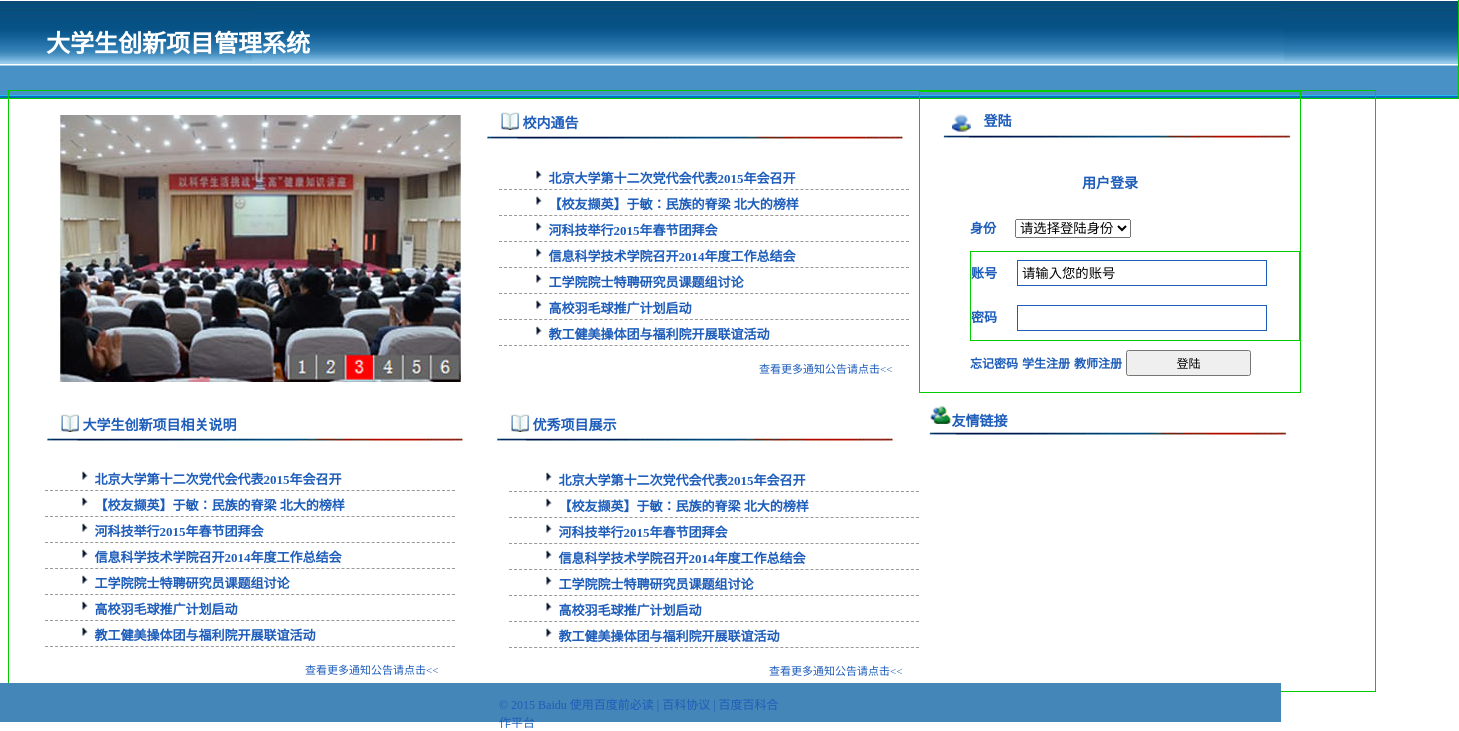
Repository: msmwlxy/ProjectManagement
Page: http://localhost/ProjectManagement/
The author's editor kept a copy of each file at every save. The page is drawn from the files as they stood at one save, then again after the next save.
The browser window is 1280 px wide. The page is 1459 px wide, then 1457 px, so the pictures cover 1459 px, including what lies to the right of the window. The pictures show the whole page.
The page is served by Tomcat 9. Nobody is signed in. The application's start-up code is not run. Other server files are loaded and not shown.

Above is the page before, as saved 2015-02-28 07:36:17.

### ProjectManagement/WebRoot/index.jsp
<%@ page language="java" import="java.util.*" pageEncoding="utf-8"%>
<%
	String path = request.getContextPath();
	String basePath = request.getScheme() + "://"
			+ request.getServerName() + ":" + request.getServerPort()
			+ path + "/";
%>

<!DOCTYPE HTML PUBLIC "-//W3C//DTD HTML 4.01 Transitional//EN">
<html>
<head>
<base href="<%=basePath%>">

<title>My JSP 'index.jsp' starting page</title>
<meta http-equiv="pragma" content="no-cache">
<meta http-equiv="cache-control" content="no-cache">
<meta http-equiv="expires" content="0">
<meta http-equiv="keywords" content="keyword1,keyword2,keyword3">
<meta http-equiv="description" content="This is my page">

<meta http-equiv="Content-Type" content="text/html; charset=utf-8" />
<!--
	<link rel="stylesheet" type="text/css" href="styles.css">
	-->
<link href="css/Home page11.css" type="text/css" rel="stylesheet" />
</head>

<body>
	<!-- This is my JSP page. <br>
    <a href="log_loginUI">登陆界面</a>
    <a href="log_signInUI?identity=5">学生注册界面</a>
     <a href="log_signInUI?identity=4">指导老师注册界面</a> -->


	<header>
	<div class="header">大学生创新项目管理系统</div>
	</header>
	<main>
	<div class="main" style="margin:0 auto;">
		<div class="left1">
			<img src="images/22.png" style="margin:24px 30px;">
		</div>
		<div class="middle1">
			<img src="images/shu.png">
			<div class="xiao">&nbsp;校内通告</div>
			<div class="xian">
				<img src="images/xian.png" width="420">
			</div>
			<div class="xuxian">
				<img src="images/sanjiao.png">&nbsp;&nbsp;<a href="#">北京大学第十二次党代会代表2015年会召开</a>
			</div>
			<div class="xuxian">
				<img src="images/sanjiao.png">&nbsp;&nbsp;<a href="#">【校友撷英】于敏：民族的脊梁&nbsp;北大的榜样</a>
			</div>
			<div class="xuxian">
				<img src="images/sanjiao.png">&nbsp;&nbsp;<a href="#">河科技举行2015年春节团拜会</a>
			</div>
			<div class="xuxian">
				<img src="images/sanjiao.png">&nbsp;&nbsp;<a href="#">信息科学技术学院召开2014年度工作总结会</a>
			</div>
			<div class="xuxian">
				<img src="images/sanjiao.png">&nbsp;&nbsp;<a href="#">工学院院士特聘研究员课题组讨论</a>
			</div>
			<div class="xuxian">
				<img src="images/sanjiao.png">&nbsp;&nbsp;<a href="#">高校羽毛球推广计划启动</a>
			</div>
			<div class="xuxian">
				<img src="images/sanjiao.png">&nbsp;&nbsp;<a href="#">教工健美操体团与福利院开展联谊活动</a>
			</div>
			<span class="pl_dianji"><a href="#" style="color:#1E5DBA;">查看更多通知公告请点击<<
			</a> </span>
		</div>
		<div class="right1">
			&nbsp;&nbsp;<img src="images/yi.png">
			<div class="ri1_deng">&nbsp;登陆</div>
			<div class="ri1_rr">
				<img src="images/xian.png" width="350">
				<p>用户登录</p>
			</div>
			<div class="ri1_sanjiao">
				<div class="ri1_login_text">
					<form method="post" action="log_login" onsubmit="check();">
						<div class="ri1_login_down">
							<font style="margin-left:30px;margin-right:15px;">身份</font> <select
								name="identity">
								<option value="0" selected="selected">请选择登陆身份</option>
								<option value="1">管理员</option>
								<option value="2">教务处审核人</option>
								<option value="3">院系审核人</option>
								<option value="4">指导老师</option>
								<option value="5">学生</option>
							</select>
							<div class="zhanghao">
								<font>账号</font><input name="accountNum" value="请输入您的账号"
									style="border:solid #1E5DBA 1px;" type="text" /><br> <font>密码</font><input
									name="password" style="border:solid #1E5DBA 1px;"
									type="password" />
							</div>
						</div>
						<div class="zhuce">
							<a href="">忘记密码</a> <a href="log_signInUI?identity=5">学生注册</a> <a
								href="log_signInUI?identity=4">教师注册</a> <input type="submit"
								style="width:125px;margin-left:0px;padding:2px;font-family:微软雅黑;font-size:12px"
								value="登陆" />
						</div>
					</form>
				</div>
			</div>
		</div>
		<div class="left2">
			<img src="images/shu.png">
			<div class="le2_da">&nbsp;大学生创新项目相关说明</div>
			<div class="xian">
				<img src="images/xian.png" width="420">
				<div id="le2_shuoming">
					<div class="xuxian">
						<img src="images/sanjiao.png">&nbsp;&nbsp;<a href="#">北京大学第十二次党代会代表2015年会召开</a>
					</div>
					<div class="xuxian">
						<img src="images/sanjiao.png">&nbsp;&nbsp;<a href="#">【校友撷英】于敏：民族的脊梁&nbsp;北大的榜样</a>
					</div>
					<div class="xuxian">
						<img src="images/sanjiao.png">&nbsp;&nbsp;<a href="#">河科技举行2015年春节团拜会</a>
					</div>
					<div class="xuxian">
						<img src="images/sanjiao.png">&nbsp;&nbsp;<a href="#">信息科学技术学院召开2014年度工作总结会</a>
					</div>
					<div class="xuxian">
						<img src="images/sanjiao.png">&nbsp;&nbsp;<a href="#">工学院院士特聘研究员课题组讨论</a>
					</div>
					<div class="xuxian">
						<img src="images/sanjiao.png">&nbsp;&nbsp;<a href="#">高校羽毛球推广计划启动</a>
					</div>
					<div class="xuxian">
						<img src="images/sanjiao.png">&nbsp;&nbsp;<a href="#">教工健美操体团与福利院开展联谊活动</a>
					</div>
					<span class="pl_dianji"><a href="#" style="color:#1E5DBA;">查看更多通知公告请点击<<
					</a> </span>
				</div>
			</div>
		</div>
		<div class="middle2">
			<img src="images/shu.png">
			<div class="you">&nbsp;优秀项目展示</div>
			<div class="xian">
				<img src="images/xian.png" width="400">
			</div>
			<div class="xuxian">
				<img src="images/sanjiao.png">&nbsp;&nbsp;<a href="#">北京大学第十二次党代会代表2015年会召开</a>
			</div>
			<div class="xuxian">
				<img src="images/sanjiao.png">&nbsp;&nbsp;<a href="#">【校友撷英】于敏：民族的脊梁&nbsp;北大的榜样</a>
			</div>
			<div class="xuxian">
				<img src="images/sanjiao.png">&nbsp;&nbsp;<a href="#">河科技举行2015年春节团拜会</a>
			</div>
			<div class="xuxian">
				<img src="images/sanjiao.png">&nbsp;&nbsp;<a href="#">信息科学技术学院召开2014年度工作总结会</a>
			</div>
			<div class="xuxian">
				<img src="images/sanjiao.png">&nbsp;&nbsp;<a href="#">工学院院士特聘研究员课题组讨论</a>
			</div>
			<div class="xuxian">
				<img src="images/sanjiao.png">&nbsp;&nbsp;<a href="#">高校羽毛球推广计划启动</a>
			</div>
			<div class="xuxian">
				<img src="images/sanjiao.png">&nbsp;&nbsp;<a href="#">教工健美操体团与福利院开展联谊活动</a>
			</div>
			<span class="pl_dianji"><a href="#" style="color:#1E5DBA;">查看更多通知公告请点击<<
			</a> </span>
		</div>
		<div class="right2">
			&nbsp;&nbsp;
			<div class="ri2_yq_tu">
				<img src="images/er.png">
			</div>
			<div class="ri2_lian">&nbsp;友情链接</div>
			<div class="ri2_i">
				<img src="images/xian.png" width="360">
			</div>
		</div>
	</div>
	</main>
	<bottom>
	<div class="bottom">
		<a href="#">© 2015 Baidu 使用百度前必读 | 百科协议 | 百度百科合作平台</a>
	</div>
	</bottom>






</body>
</html>

### ProjectManagement/WebRoot/css/Home page11.css
@charset "utf-8";
/* CSS Document */
main{
	margin:0 auto;
}
.header{
	background:url(../images/toulan.png);
	background-repeat:repeat-x;
	margin:-9px -9px;
	width:1366px;
	height:50px;
	font-weight:bolder;
	font-size:24px;
	padding:24px 46px;
	color:#FFF;
	border:1px #0C0 solid;
	}
.main{
	margin:10px -9px;
	padding-bottom::10px 100px;
	border:solid;
	width:1366px;
	height:600px;
	border:1px #0C0 solid;
	}
.left1{
	height:300px;
	width:450px;
	padding-left:20px;
	float:left;
	}
.middle1{
	padding:20px 20px;
	height:260px;
	width:400px;
	float:left;
	}
.xiao{
	margin:-18px 20px;
	font-size:14px;
	color:#1E5DBA;
	font-weight:bolder;
	}
.xian{
	margin:22px -14px;
	height:6px;
	width:300px;
	}
.right1{
	height:300px;
	width:380px;
	float:left;
	}
.right1 img{
	margin:20px 22px;
	font-size:14px;
	}
.ri1_deng{
	width:100px;
	height:19;
	margin:-51px 60px;
	margin-top:-49px;
	font-size:14px;
	color:#1E5DBA;
	font-weight:bolder;
	}
.ri1_rr img{
	width:350px;
	height:3px;
	margin-top:57px;
	}
.ri1_rr p{
	text-align:center;
	color:#1E5DBA;
	font-size:14px;
	font-weight:bolder;
	}
.ri1_sanjiao{
	width:360;
	height:164;
	font-size:16px;
	font-weight:bolder;
	color:#1950B6;
	margin-left:20px;
	}
.ri1_sanjiao font{
	font-weight:bolder;
	color:#1E5DBA;
	font-size:13px;
	margin-top:10px;
	}
.ri1_sanjiao input{
	width:250px;
	font-family:"微软雅黑";
	padding:4px;
	margin-left:20px;
	}
.ri1_sanjiao img{
	margin-left:30px;
	}
.ri1_sanjiao span{
	margin-left:100px;
	}
#ri1_login{
	margin-top:-30px;
	}

.ri1_login_text{
	line-height:44px;
	}
/*.ri1_login_down{
	margin-left:16px;
	margin-top:12px;
	}
*/
.zhanghao{
	margin-left:30px;
	border:1px #0C0 solid;
	}
.zhuce1{
	margin:20px 90px;
	border:1px #0C0 solid;
	}
.zhuce a{
		font-size:12px;
}
.zhuce{
	padding-left:30px;
}
.left2{
	padding:20px 20px;
	height:260px;
	width:410px;
	margin-left:30px;
	float:left;
	}
.le2_da{
	margin:-18px 20px;
	font-size:14px;
	color:#1E5DBA;
	font-weight:bolder;
}
#le2_shuoming{
	margin-top:24px;
	width:600px;
	height:69;
}
.middle2{
	padding:20px 20px;
	height:260px;
	width:400px;
	float:left;
	}
.right2{
	height:180px;
	width:342px;
	float:right;
	margin:-310px 60px;
	}
.ri2_lian{
	margin-top:-16px;
	margin-left:20px;
	font-size: 14px;
	color: #1E5DBA;
	font-weight: bolder;
	}
.ri2_i{
	margin-top:2px;
	}
.ri2_you{
	margin:-24px 40px;
	font-size:14px;
	color:#1E5DBA;
	font-weight:bolder;
	}


.left1{
	height:300px;
	width:450px;
	float:left;
	}
.middle1{
	padding:20px 20px;
	height:260px;
	width:400px;
	float:left;
	}
.xiao{
	margin:-18px 20px;
	font-size:14px;
	color:#1E5DBA;
	font-weight:bolder;
	}
.xian{
	margin:22px -14px;
	height:6px;
	width:300px;
}
.xuxian{
	color:#1E5DBA;
	height:25px;
	width:410px;
	line-height:30px;
	border-bottom:dashed #999999 1px;
	font-size:13px;
	font-weight:bolder;
}
.xuxian img{
	margin-left:35px;
	line-height:8px;
}
.pl_dianji{
	font-family:"微软雅黑";
	font-size:11px;
	color:#1E5DBA;
	margin-left:260px;
	line-height:46px;
}
.right1{
	height:300px;
	width:380px;
	float:left;
	border:1px #0C0 solid;
}
.left2{
	padding:20px 20px;
	height:260px;
	width:410px;
	float:left;
}

.middle2{
	padding:20px 20px;
	height:260px;
	width:400px;
	float:left;
}
.right2{
	height:300px;
	width:380px;
	float:right;
	margin:-307px 67px;
}
.bottom{
	background:url(../images/weilan.png);
	width:auto;
	height:20px;
	margin-bottom:100px;
	background-repeat:repeat-x;
	margin:-9px -9px;
	font-size:12px;
	padding:12px 500px;
}
a:link,a:visited{
	color:#1E5DBA;
	text-decoration:none;
}
a:hover{
	text-decoration:none;
	color:red;

}
.xiantiao{
	height:3px;
	width:840px;
}
.sanjiao{
	font-size:14px;
	font-weight:bolder;
	color:#1950B6;
	margin-top:40px;
	weight:840px;
}
.you{
	margin:-18px 20px;
	font-size:14px;
	color:#1E5DBA;
	font-weight:bolder;
}

After the next save:
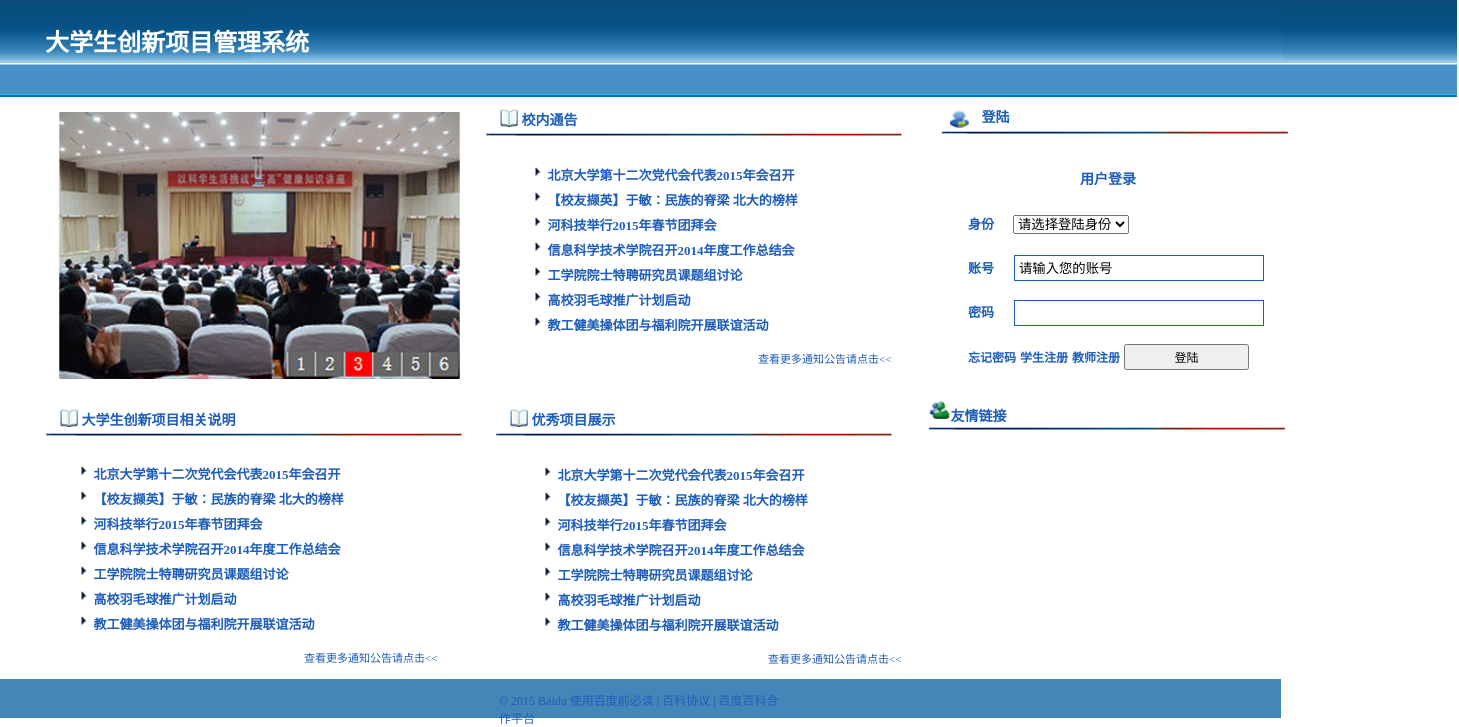
Saved 81 s later.
--- a/ProjectManagement/WebRoot/css/Home page11.css
+++ b/ProjectManagement/WebRoot/css/Home page11.css
@@ -13,15 +13,15 @@ main{
 	font-size:24px;
 	padding:24px 46px;
 	color:#FFF;
-	border:1px #0C0 solid;
+	/*border:1px #0C0 solid;*/
 	}
 .main{
 	margin:10px -9px;
 	padding-bottom::10px 100px;
-	border:solid;
+	/*border:solid;*/
 	width:1366px;
 	height:600px;
-	border:1px #0C0 solid;
+	/*border:1px #0C0 solid;*/
 	}
 .left1{
 	height:300px;
@@ -115,11 +115,11 @@ main{
 */
 .zhanghao{
 	margin-left:30px;
-	border:1px #0C0 solid;
+	/*border:1px #0C0 solid;*/
 	}
 .zhuce1{
 	margin:20px 90px;
-	border:1px #0C0 solid;
+	/*border:1px #0C0 solid;*/
 	}
 .zhuce a{
 		font-size:12px;
@@ -202,7 +202,7 @@ main{
 	height:25px;
 	width:410px;
 	line-height:30px;
-	border-bottom:dashed #999999 1px;
+	/*border-bottom:dashed #999999 1px;*/
 	font-size:13px;
 	font-weight:bolder;
 }
@@ -221,7 +221,7 @@ main{
 	height:300px;
 	width:380px;
 	float:left;
-	border:1px #0C0 solid;
+	/*border:1px #0C0 solid;*/
 }
 .left2{
 	padding:20px 20px;
